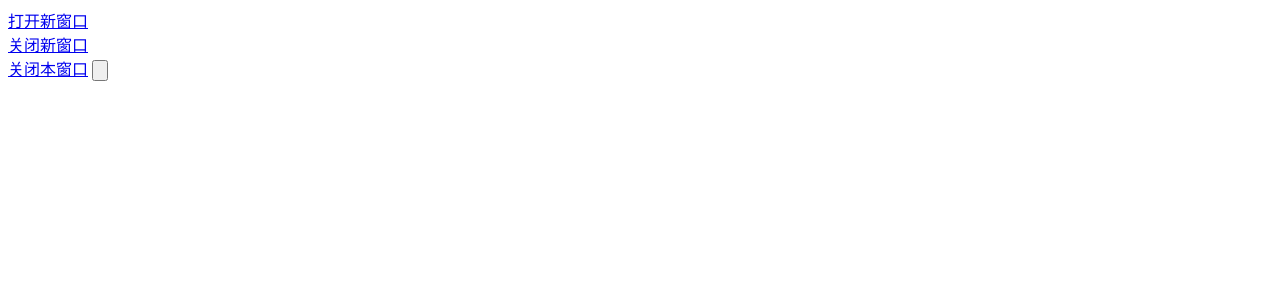
Repository: Nine-e/JSP_Study
Page: http://localhost/myweb/
An editor plug-in stored every save of this project. The page is shown before and after the next save, followed by the edit.
The browser window is 1280 px wide. The pictures show the whole page.
The page is served by Tomcat 9.

Above is the page before, as saved 2018-03-25 12:00:31.
Console error (its wording comes from the project's code and is left out).

### myweb/WebContent/index.jsp
<%@ page language="java" contentType="text/html; charset=UTF-8"
    pageEncoding="UTF-8"%>
<!DOCTYPE html PUBLIC "-//W3C//DTD HTML 4.01 Transitional//EN" "http://www.w3.org/TR/html4/loose.dtd">
<html>
<head>
<meta http-equiv="Content-Type" content="text/html; charset=UTF-8">
<title>Document</title>
<script type="text/javascript">
  var newwin;
  function opennewwin(){
	  newwin=open("a.html","myWindow",
			  "height=100,width=400,top=10,left=0,toolbar=no,memubar=no,"+
			  "scrollbars=no,resizable=no,location=no,status=no");
  }
  function closenewwin(){
	  newwin.close();
  }
  function loc(url){
	  window.location.herf=url;
  }
</script>
</head>
<body>
<a href="javascript:opennewwin()">打开新窗口</a><br/>
<a href="javascript:closenewwin()">关闭新窗口</a><br/>
<a href="javascript:close()">关闭本窗口</a>
<input type="button" onclick="loc(a.html) value="跳转到注册页面">
</body>
</html>

After the next save:
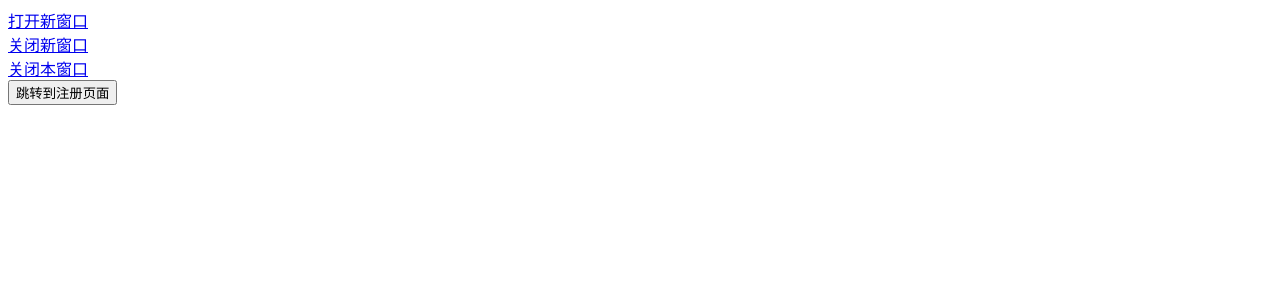
Console error (its wording comes from the project's code and is left out).
Saved 47 s later.
--- a/myweb/WebContent/index.jsp
+++ b/myweb/WebContent/index.jsp
@@ -23,7 +23,7 @@
 <body>
 <a href="javascript:opennewwin()">打开新窗口</a><br/>
 <a href="javascript:closenewwin()">关闭新窗口</a><br/>
-<a href="javascript:close()">关闭本窗口</a>
-<input type="button" onclick="loc(a.html) value="跳转到注册页面">
+<a href="javascript:close()">关闭本窗口</a><br/>
+<input type="button" onclick="loc("a.html") value="跳转到注册页面">
 </body>
 </html>
